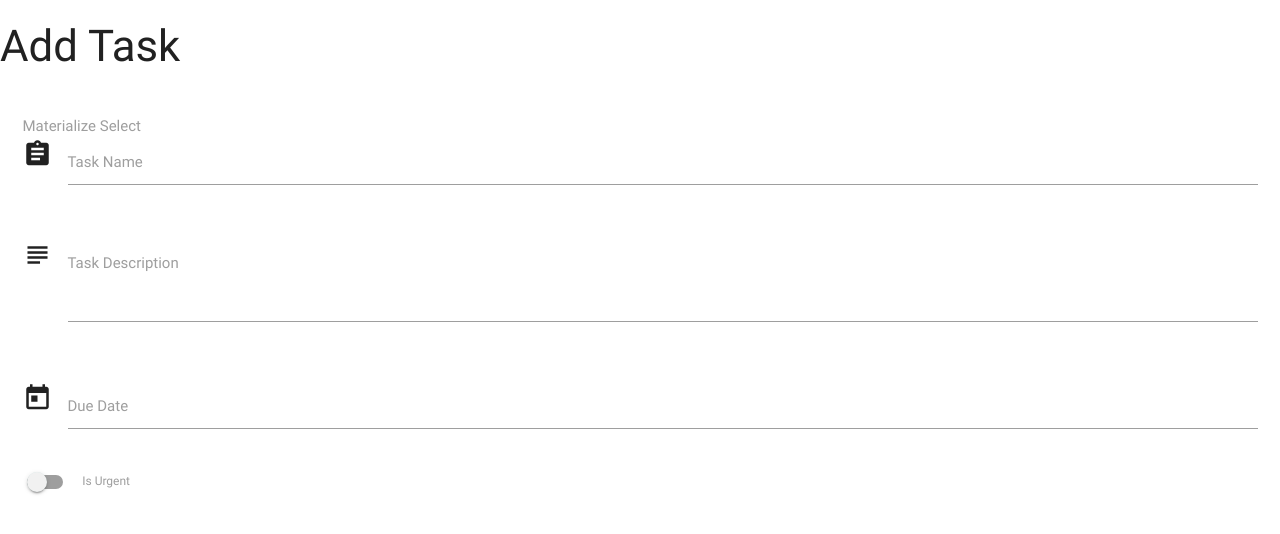
Repository: benbourgeois/task-manager
Page: http://localhost/add_task
The author's editor kept a record of every edit. The page is drawn from the files as they stood at one moment, then again after the next edit.
The browser window is 1280 px wide. The pictures show the whole page.
Some web libraries are served in a nearby version. The page is served by the project's application, run on Flask 3 (app.py). Queries for data that is not in the repository find no rows.

Above is the page before.
Console error: TypeError: $(...).formSelect is not a function

### templates/addtask.html
{% extends 'base.html' %} {% block content %}

<h3>Add Task</h3>
<div class="row">
    <form action="" method="POST" class="col s12">
        <div class="row">
            <div class="input-field col s12">
                <select>
                    <option value="" disabled selected>Choose your option</option>
                    <option value="1">Option 1</option>
                    <option value="2">Option 2</option>
                    <option value="3">Option 3</option>
                </select>
                <label>Materialize Select</label>
            </div>
        </div>
        <div class="row">
            <div class="input-field col s12">
                <i class="material-icons prefix">assignment</i>
                <input id="task_name" name="task_name" type="text" class="validate">
                <label for="icon_prefix">Task Name</label>
            </div>
        </div>
        <div class="row">
            <div class="input-field col s12">
                <i class="material-icons prefix">subject</i>
                <textarea name="task_description" id="task_description" class="materialize-textarea"></textarea>
                <label for="icon_telephone">Task Description</label>
            </div>
        </div>
        <div class="row">
            <div class="input-field col s12">
                <i class="material-icons prefix">today</i>
                <input id="due_date" name="due_date" type="text" class="datepicker">
                <label for="icon_prefix">Due Date</label>
            </div>
        </div>
        <div class="row">
            <div class="switch">
                <label>
                  <input id="is_urgent" name="is_urgent" type="checkbox">
                  <span class="lever"></span>
                  Is Urgent
                </label>
            </div>
        </div>
    </form>
</div>

{% endblock %}

### templates/base.html
<!DOCTYPE html>
<html>

<head>
    <link href="https://fonts.googleapis.com/icon?family=Material+Icons" rel="stylesheet">
    <link rel="stylesheet" href="https://cdnjs.cloudflare.com/ajax/libs/materialize/0.100.2/css/materialize.min.css">

</head>

<body>
    {% block content %} {% endblock %}

    <script src="https://cdnjs.cloudflare.com/ajax/libs/jquery/3.2.1/jquery.min.js"></script>
    <script src="https://cdnjs.cloudflare.com/ajax/libs/materialize/0.100.2/js/materialize.min.js"></script>
     <script type="text/javascript">
    $(document).ready(function() {
    $('.collapsible').collapsible();
    $('select').formSelect();
    });

    $(document).ready(function(){
    $('.datepicker').datepicker();
  });
    </script>
</body>

</html>

### app.py
import os
from flask import Flask, render_template, redirect, request, url_for
from flask_pymongo import PyMongo
from bson.objectid import ObjectId

app = Flask(__name__)

app.config["MONGO_DBNAME"] = 'task_manager'
app.config["MONGO_URI"] = 'mongodb+srv://benbourgeois:Thibodaux@firstcluster-umaxy.mongodb.net/task_manager?retryWrites=true&w=majority'

mongo = PyMongo(app)

@app.route('/')
@app.route('/get_tasks')
def get_tasks():
    return render_template("tasks.html", tasks=mongo.db.tasks.find())

@app.route('/add_task')
def add_task():
    return render_template("addtask.html",
    categories=mongo.db.categories.find())

@app.route('/insert_task', methods=['POST'])
def insert_task():
    tasks = mongo.db.tasks
    tasks.insert_one(request.form.to_dict())
    return redirect(url_for('get_tasks'))

if __name__ == '__main__':
    app.run(host=os.environ.get('IP'),
        port=int(os.environ.get('PORT')),
        debug=True)

After the next edit:
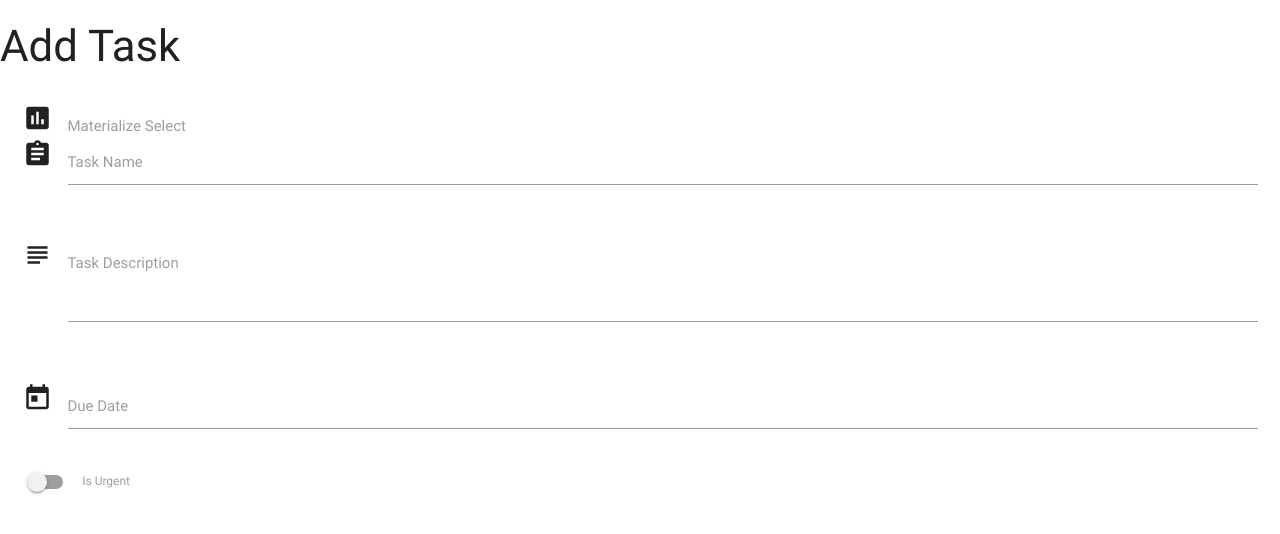
The edit:
--- a/templates/addtask.html
+++ b/templates/addtask.html
@@ -5,6 +5,7 @@
     <form action="" method="POST" class="col s12">
         <div class="row">
             <div class="input-field col s12">
+                <i class="material-icons prefix">poll</i>
                 <select>
                     <option value="" disabled selected>Choose your option</option>
                     <option value="1">Option 1</option>
